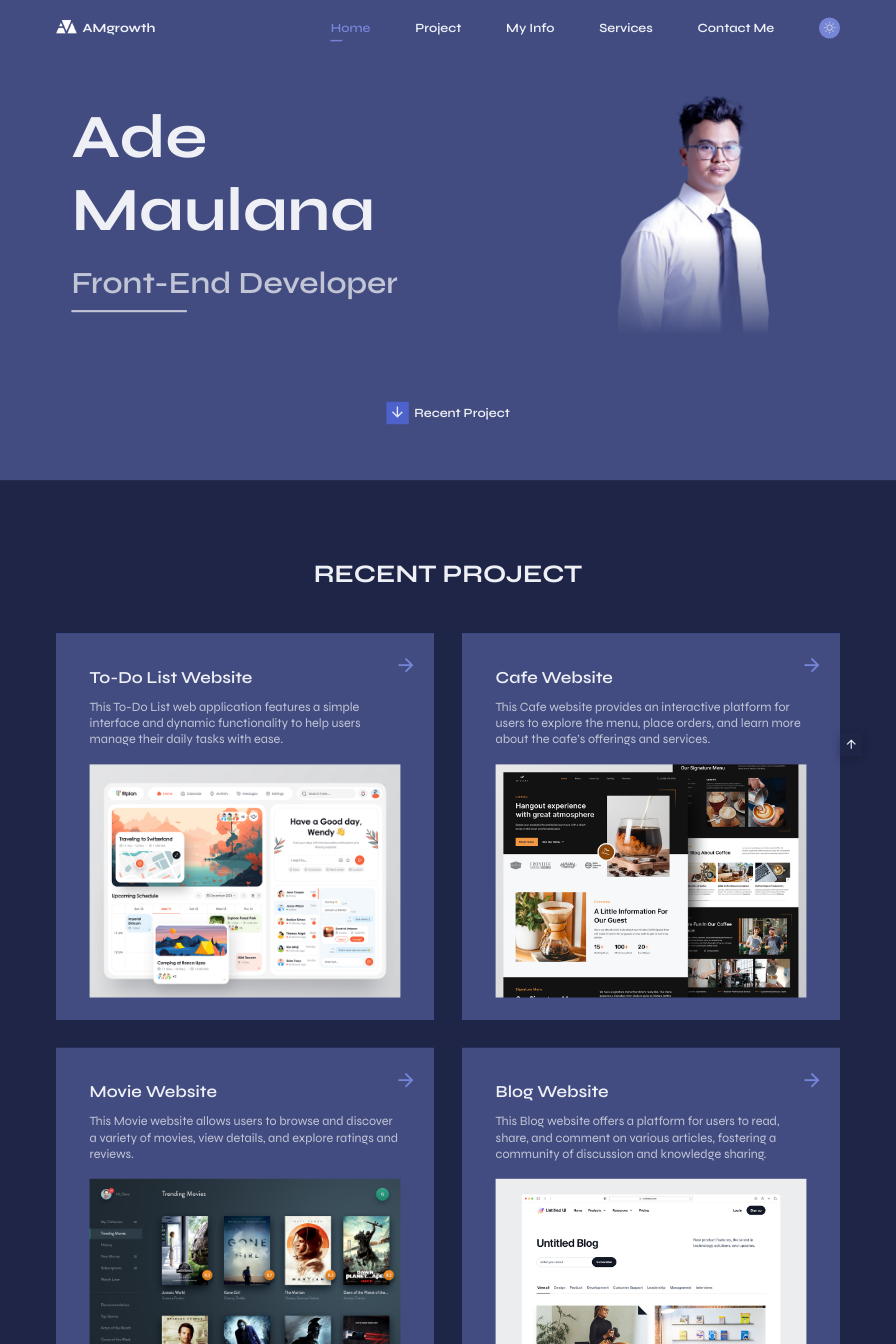
Repository: Ademaulana100499/amgrowth
Page: /
These files come from the project's save history. The page is drawn as it stood at one moment and after the next save; the edit follows.
The browser window is 1280 px wide. The pictures show the part of the page from y = 0 to 1920 px (the page is 6336 px tall before and 6358 px after), at 70% of full size.
Some web fonts or font styles are not loaded; a fallback is used. The project was rebuilt for these pictures with package versions that can differ from the ones it lists, and the page was loaded fresh each time. Also part of the build but not shown: vite.config.js.

Above is the page before, as saved 2024-12-06 11:04:49.

After the next save:
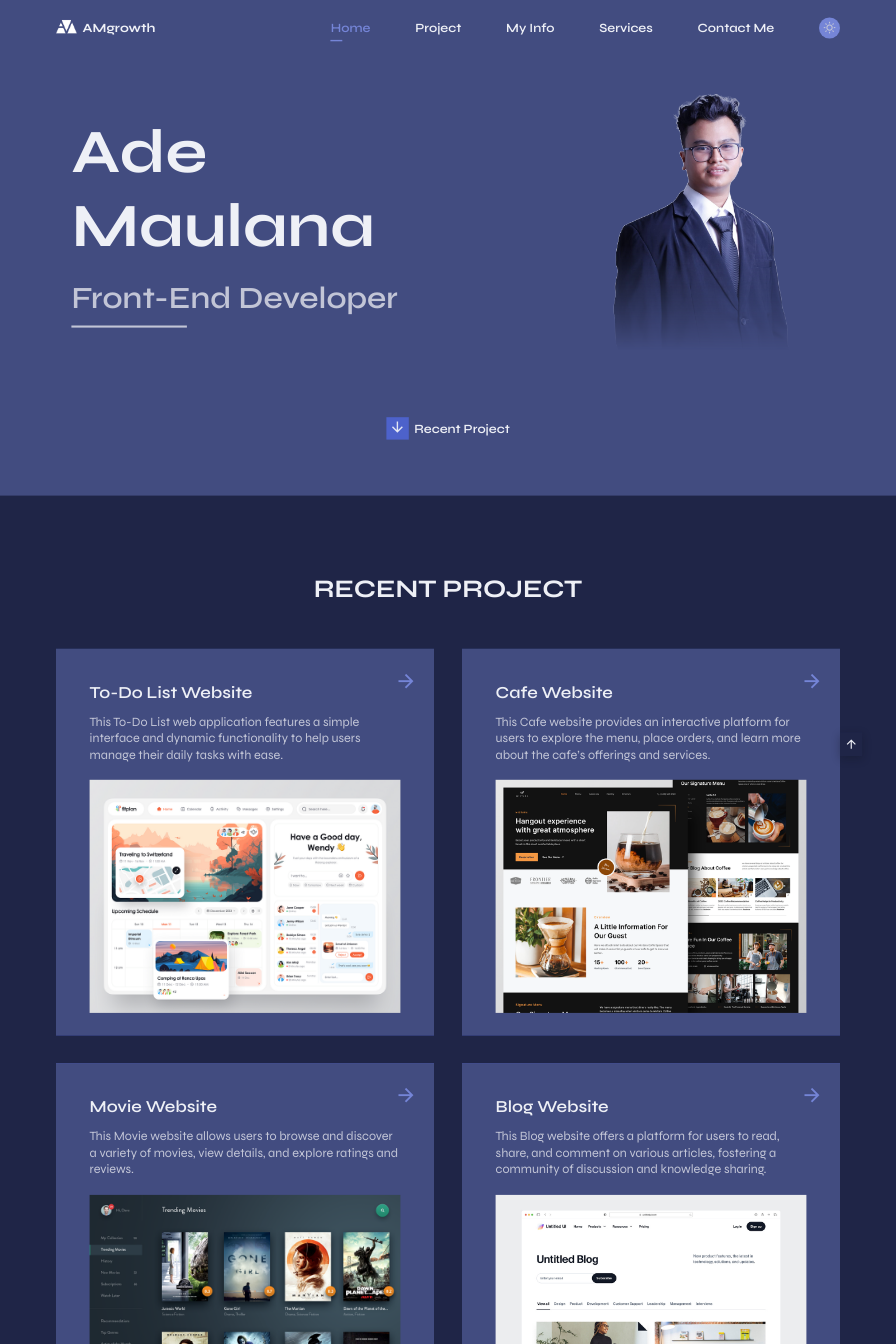
Saved 26 s later.
--- a/src/components/Home/index.jsx
+++ b/src/components/Home/index.jsx
@@ -6,7 +6,7 @@
       <div className="container grid home__container">
         <img
           id="image_home"
-          src={imageHome.imageWhite}
+          src={imageHome.imageBlack}
           alt="image"
           className="home__img"
         />

After the save that followed:
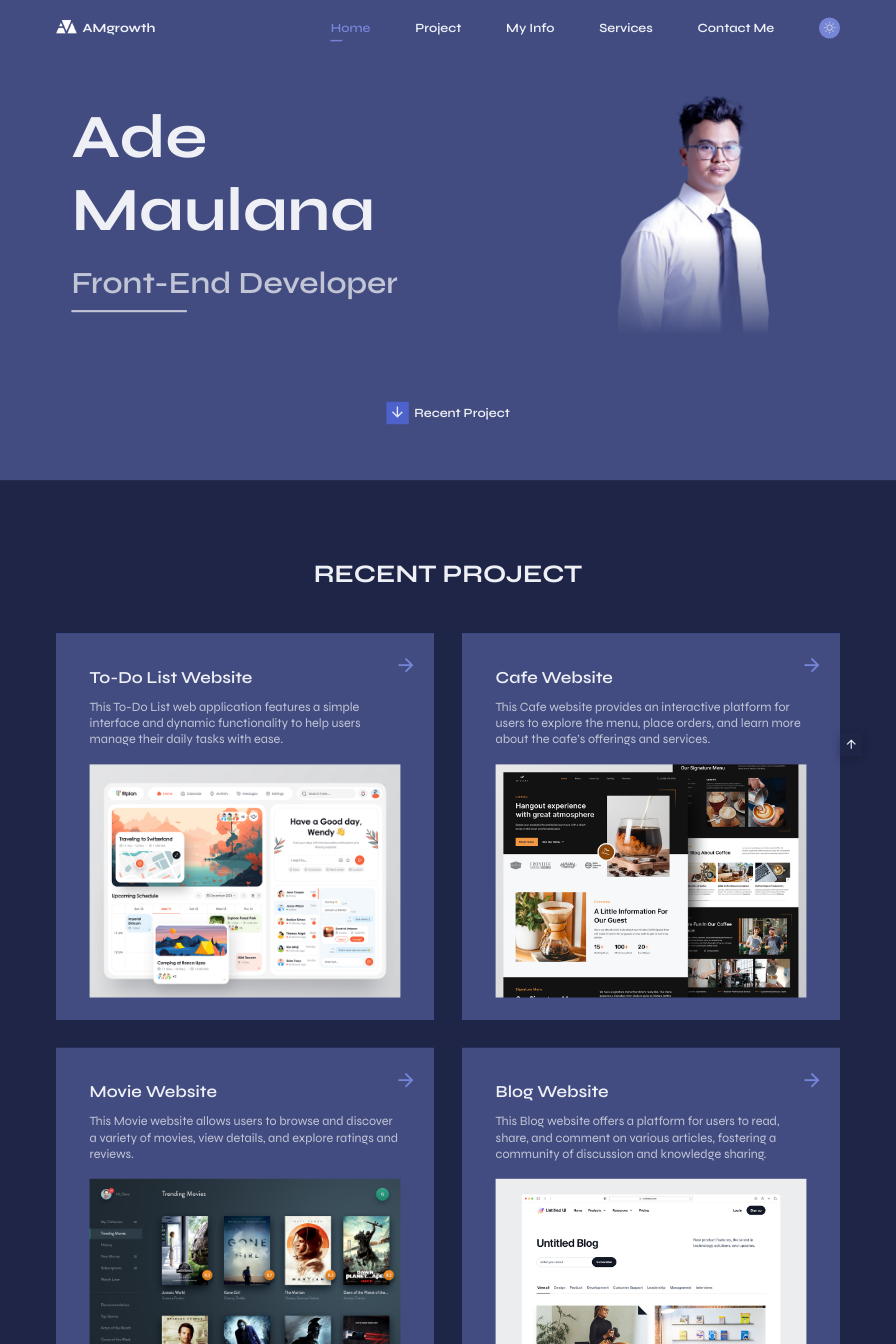
Saved 10 s later.
--- a/src/components/Home/index.jsx
+++ b/src/components/Home/index.jsx
@@ -6,7 +6,7 @@
       <div className="container grid home__container">
         <img
           id="image_home"
-          src={imageHome.imageBlack}
+          src={imageHome.imageWhite}
           alt="image"
           className="home__img"
         />
